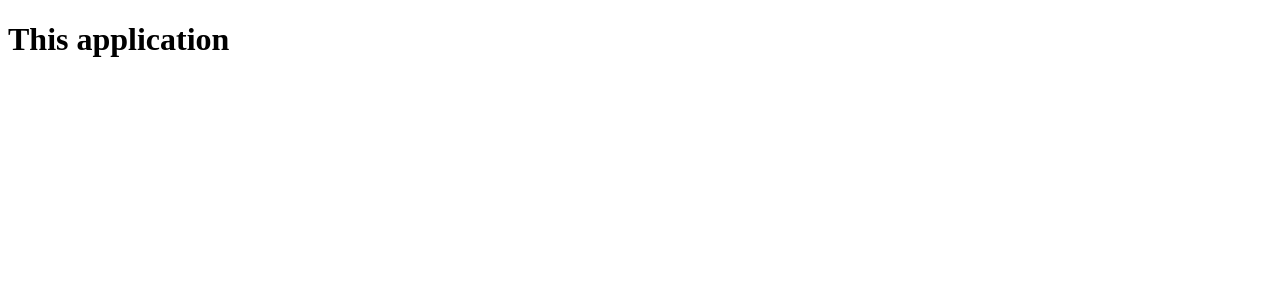
Repository: vxyux/api-extraction
Page: index.html
The author's editor kept a copy of each file at every save. The page is drawn from the files as they stood at one save, then again after the next save.
The browser window is 1280 px wide. The pictures show the whole page.

Above is the page before, as saved 2023-09-05 10:06:14.

### index.html
<!DOCTYPE html>
<html lang="en">
<head>
  <meta charset="UTF-8">
  <meta name="viewport" content="width=device-width, initial-scale=1.0">
  <title>Document</title>
  <link rel="stylesheet" href="stylesheet.css">
  <script src="app.js"></script>
</head>
<body>
  <h1>This application </h1>
</body>
</html>

Loaded but not shown: app.js (no copy from this time; the picture is the same without it); stylesheet.css (no copy from this time; the picture is the same without it)

After the next save:
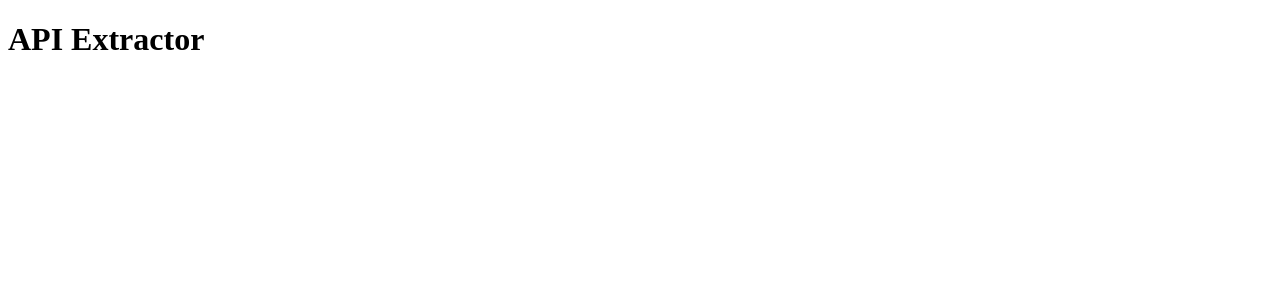
Saved 9 s later.
--- a/index.html
+++ b/index.html
@@ -8,6 +8,7 @@
   <script src="app.js"></script>
 </head>
 <body>
-  <h1>This application </h1>
+  <h1>API Extractor</h1>
+  <p></p>
 </body>
 </html>
